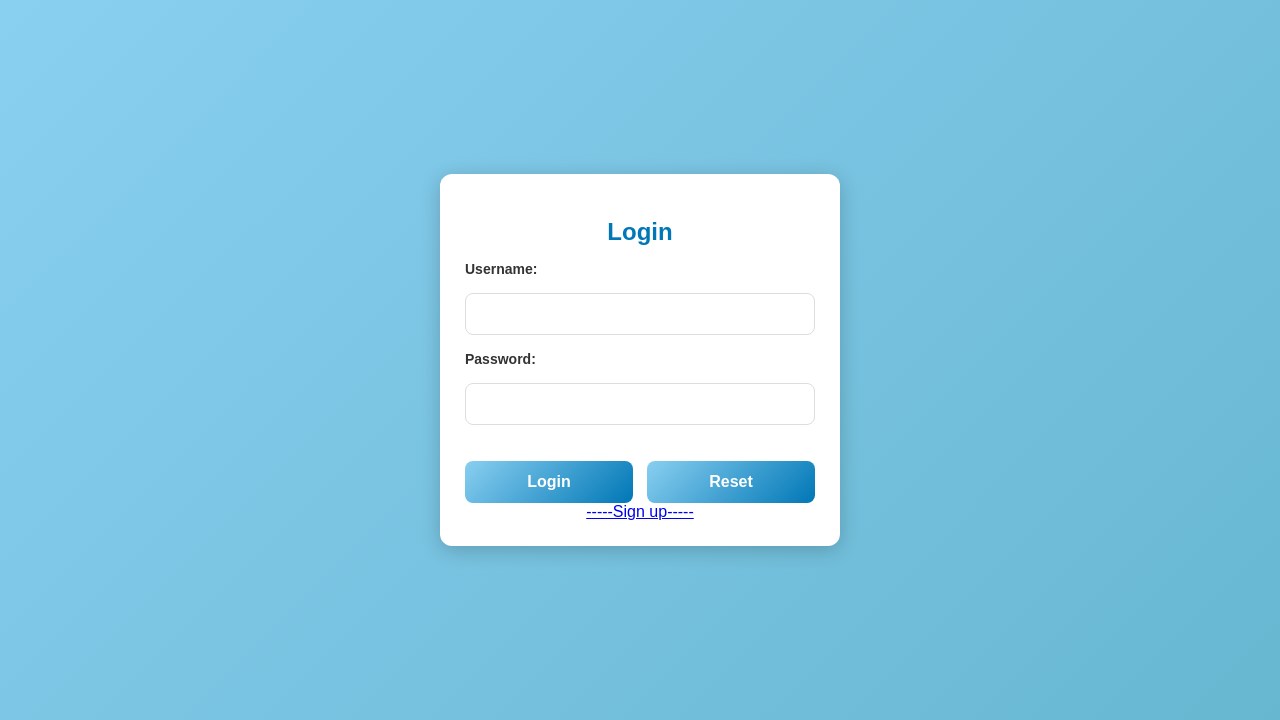
Repository: Loc2804/LTM
Page: http://localhost/RestaurantProject/Login.jsp
An editor plug-in stored every save of this project. The page is shown before and after the next save, followed by the edit.
The browser window is 1280 px wide. The pictures show the whole page.
The page is served by Tomcat 10. Other server files are loaded and not shown.

Above is the page before, as saved 2024-12-07 08:54:02.

### RestaurantProject/src/main/webapp/Login.jsp
<%@ page language="java" contentType="text/html; charset=UTF-8" pageEncoding="UTF-8"%>
<!DOCTYPE html>
<html lang="en">
<head>
    <meta charset="UTF-8">
    <meta http-equiv="X-UA-Compatible" content="IE=edge">
    <meta name="viewport" content="width=device-width, initial-scale=1.0">
    <title>Login Form</title>
    <style>
        body {
    font-family: Arial, sans-serif;
    background: linear-gradient(135deg, #89CFF0, #67B7D1); /* Màu xanh nước biển nhạt */
    display: flex;
    justify-content: center;
    align-items: center;
    height: 100vh;
    margin: 0;
    color: #fff;
}

.login-container {
    background-color: #fff;
    padding: 25px;
    box-shadow: 0 4px 20px rgba(0, 0, 0, 0.2);
    border-radius: 12px;
    width: 350px;
    text-align: center;
    color: #333;
}

h2 {
    margin-bottom: 15px;
    color: #0077b6; /* Xanh nước biển đậm */
    font-weight: bold;
}

label {
    font-size: 14px;
    font-weight: bold;
    display: block;
    margin-bottom: 8px;
    text-align: left;
}

.input-field {
    width: 100%;
    padding: 12px;
    margin: 8px 0 16px 0;
    border: 1px solid #ddd;
    border-radius: 8px;
    box-sizing: border-box;
    font-size: 14px;
    transition: all 0.3s ease;
}

.input-field:focus {
    border-color: #0077b6;
    outline: none;
    box-shadow: 0 0 5px rgba(0, 119, 182, 0.5);
}

.form-buttons {
    display: flex;
    justify-content: space-between;
    margin-top: 20px;
}

.btn {
    width: 48%;
    padding: 12px;
    background: linear-gradient(135deg, #89CFF0, #0077b6);
    color: white;
    border: none;
    border-radius: 8px;
    font-size: 16px;
    cursor: pointer;
    font-weight: bold;
    transition: all 0.3s ease;
    text-align: center;
}

.btn:hover {
    background: linear-gradient(135deg, #0077b6, #005f99);
    box-shadow: 0 4px 8px rgba(0, 0, 0, 0.2);
    transform: translateY(-2px);
}

.error-message {
    color: #d9534f;
    background-color: #f8d7da;
    border: 1px solid #f5c6cb;
    border-radius: 8px;
    padding: 10px;
    margin-top: 15px;
    font-size: 14px;
}

.success-message {
    color: #28a745;
    background-color: #d4edda;
    border: 1px solid #c3e6cb;
    border-radius: 8px;
    padding: 10px;
    margin-top: 15px;
    font-size: 14px;
}

.form-container {
    margin-top: 15px;
}

.form-container label {
    text-align: left;
    display: block;
    font-size: 14px;
    margin-bottom: 5px;
}

.form-container .input-field {
    margin-bottom: 20px;
}

::placeholder {
    color: #999;
    font-style: italic;
}

input[type="text"]:focus, input[type="password"]:focus {
    background-color: #f9f9f9;
    outline: none;
    border: 1px solid #0077b6;
    box-shadow: 0 0 3px rgba(0, 119, 182, 0.4);
}

@media (max-width: 768px) {
    .login-container {
        width: 90%;
        padding: 15px;
    }

    .btn {
        font-size: 14px;
        padding: 10px;
    }
    a {
    display: block;
    margin-top: 15px;
    font-size: 14px;
    text-decoration: none;
    color: #0077b6;
    font-weight: bold;
    transition: color 0.3s ease;
}

a:hover {
    color: #005f99;
    text-decoration: underline;
}

}

    </style>
</head>
<body>
    <div class="login-container">
        <h2>Login</h2>
		<form action="AuthController" method="POST">
            <label for="username">Username:</label>
            <input type="text" id="username" name="username" class="input-field" required>

            <label for="password">Password:</label>
            <input type="password" id="password" name="password" class="input-field" required>

			<input type="hidden" name="action" value="login" class="input-field" required>
            <div class="form-buttons">
			    <button type="submit" class="btn">Login</button>
			    <button type="reset" class="btn">Reset</button>
			</div>
        </form>
        <%
            String errorMessage = (String) request.getAttribute("errorMessage");

            if (errorMessage != null) {
        %>
            <div class="error-message"><%= errorMessage %></div>
        <% } %>


        <a href="Register.jsp">-----Sign up-----</a>
    </div>
</body>
</html>

After the next save:
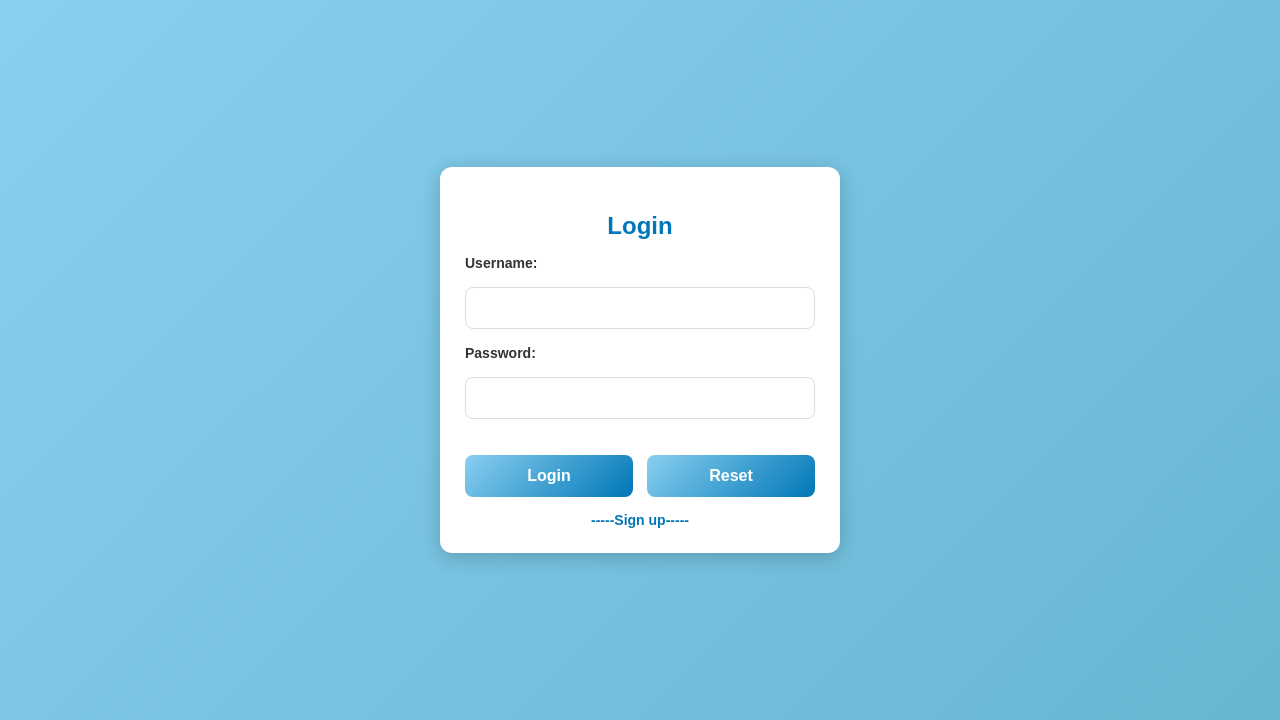
Saved 60 s later.
--- a/RestaurantProject/src/main/webapp/Login.jsp
+++ b/RestaurantProject/src/main/webapp/Login.jsp
@@ -142,6 +142,8 @@ input[type="text"]:focus, input[type="password"]:focus {
         font-size: 14px;
         padding: 10px;
     }
+
+}
     a {
     display: block;
     margin-top: 15px;
@@ -155,8 +157,6 @@ input[type="text"]:focus, input[type="password"]:focus {
 a:hover {
     color: #005f99;
     text-decoration: underline;
-}
-
 }
 
     </style>
